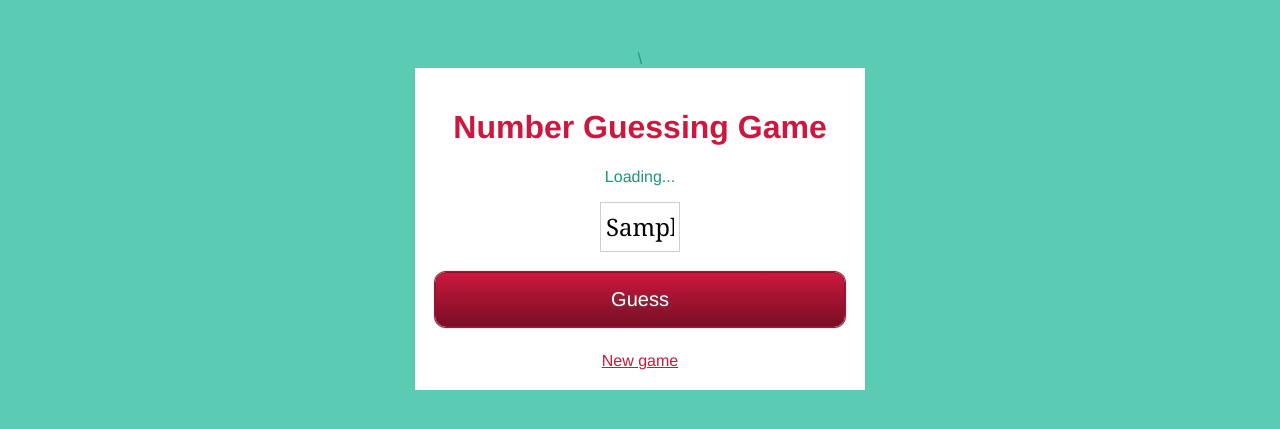
Repository: apopheny/JS230
Page: numberguesser.html
These files come from the project's save history. The page is drawn as it stood at one moment and after the next save; the edit follows.
The browser window is 1280 px wide. The pictures show the whole page.
Empty fields were first filled with sample values (such as "Sample", 5 or name@example.com).
After loading, the first visible `form` was submitted once.

Above is the page before, as saved 2024-01-25 17:07:31.

### numberguesser.html
<!DOCTYPE html>
<html lang="en">
<head>
  <meta charset="UTF-8">
  <meta name="viewport" content="width=device-width, initial-scale=1.0">\
  <link rel="stylesheet" href="./numberguesser.css">
  <script src="./numberguesser.js"></script>
  <title>
    Number Guesser
  </title>
</head>
<body>
  <main>
    <h1>Number Guessing Game</h1>
    <p>Loading...</p>
    <form action="" method="get">
      <fieldset>
        <input type="text" id="guess" maxlength="3" />
        <input type="submit" value="Guess" />
      </fieldset>
    </form>
    <a href="#">New game</a>
  </main>
</body>
</html>

### numberguesser/numberguesser.css
html, body {
  padding: 25px 0;
  margin: 0;
  font: normal 16px Helvetica, Arial, sans-serif;
  text-align: center;
  color: #16997c;
  background: #5bccb3;
}

main {
  display: block;
  max-width: 450px;
  padding: 20px;
  margin: 0 auto;
  background: #ffffff;
  box-sizing: border-box;
}

h1 {
  color: #CC183E;
}

fieldset {
  padding: 0 0 25px 0;
  margin: 0;
  border: none;
}

input[type="text"] {
  width: 80px;
  height: 50px;
  padding: 5px;
  margin: 0 0 20px 0;
  font: normal 24px Georgia, Palatino, serif;
  text-align: center;
  border: 1px solid #cecece;
  box-sizing: border-box;
}

input[type="submit"].disabled {
  display: block;
  width: 100%;
  padding: 15px 0;
  font: normal 20px Helvetica, Arial, sans-serif;
  color: #ffffff;
  text-shadow: 1px 1px 5px rgba(80, 80, 80, .8);
  border: 1px solid #000000;
  box-shadow: 0 0 1px 1px #000000;
  border-radius: 11px;
  background: linear-gradient(to bottom, #d9cccf 0%, #302d2d 100%);
}

input[type="submit"] {
  display: block;
  width: 100%;
  padding: 15px 0;
  font: normal 20px Helvetica, Arial, sans-serif;
  color: #ffffff;
  text-shadow: 1px 1px 5px rgba(80, 80, 80, .8);
  border: 1px solid #91112C;
  box-shadow: 0 0 1px 1px #780e24;
  border-radius: 11px;
  background: linear-gradient(to bottom, #CC183E 0%, #780E24 100%);
}



a { color: #cc183e; }

### numberguesser.js
function eventDelegator () {
  let answer = Math.floor(Math.random() * 100) + 1;
  let userGuessNode = document.body.querySelector('input#guess');

  function submissionListener (event) {
    event.preventDefault();

    let guess = parseInt(userGuessNode.value, 10);
    let message;

    if (guess === answer) message = 'You guessed it!';
    else if (guess < answer) message = `My number is higher than ${guess}`;
    else message = `My number is lower than ${guess}`;
  }

  const guessForm = document.body.querySelector('main form');
  guessForm.addEventListener('submit', submissionListener);

}

document.addEventListener('DOMContentLoaded', eventDelegator);

After the next save:
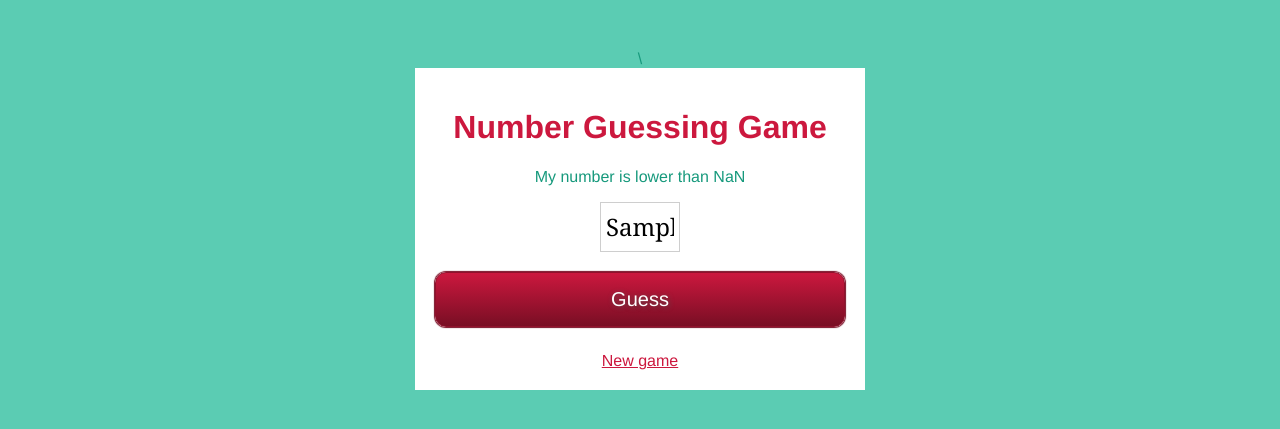
Saved 2 min 44 s later.
--- a/numberguesser.js
+++ b/numberguesser.js
@@ -11,6 +11,9 @@ function eventDelegator () {
     if (guess === answer) message = 'You guessed it!';
     else if (guess < answer) message = `My number is higher than ${guess}`;
     else message = `My number is lower than ${guess}`;
+
+    const resultArea = document.body.querySelector('main p');
+    resultArea.textContent = message;
   }
 
   const guessForm = document.body.querySelector('main form');
